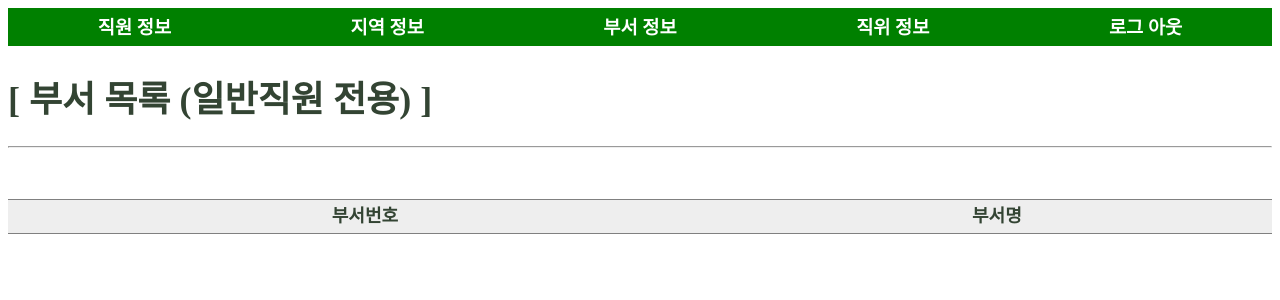
Repository: Umkimisstrong/UM_SpringMVCStudy
Page: http://localhost/mvc04/WEB-INF/view/RegList.jsp
These files come from the project's save history. The page is drawn as it stood at one moment and after the next save; the edit follows.
The browser window is 1280 px wide. The pictures show the whole page.
The page is served by Tomcat 9. Nobody is signed in. The template is opened directly, without the code that normally fills it, so the values that code supplies are empty.

Above is the page before, as saved 2022-06-02 03:25:21.

After the next save:
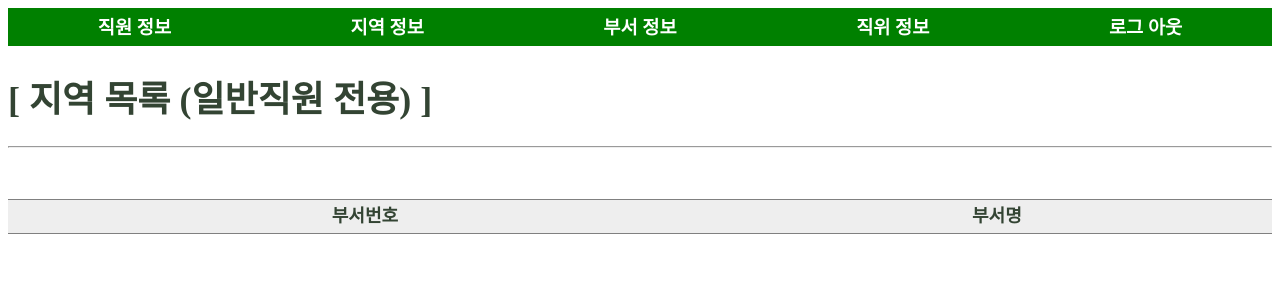
Saved 45 s later.
--- a/mvc04/WebContent/WEB-INF/view/RegList.jsp
+++ b/mvc04/WebContent/WEB-INF/view/RegList.jsp
@@ -35,7 +35,7 @@
 
 	<!-- 콘텐츠 영역 -->
 	<div id="content">
-		<h1>[ 부서 목록 (일반직원 전용) ]</h1>
+		<h1>[ 지역 목록 (일반직원 전용) ]</h1>
 		<hr />
 
 		<!-- 제거된 div -> 직원 추가 폼
